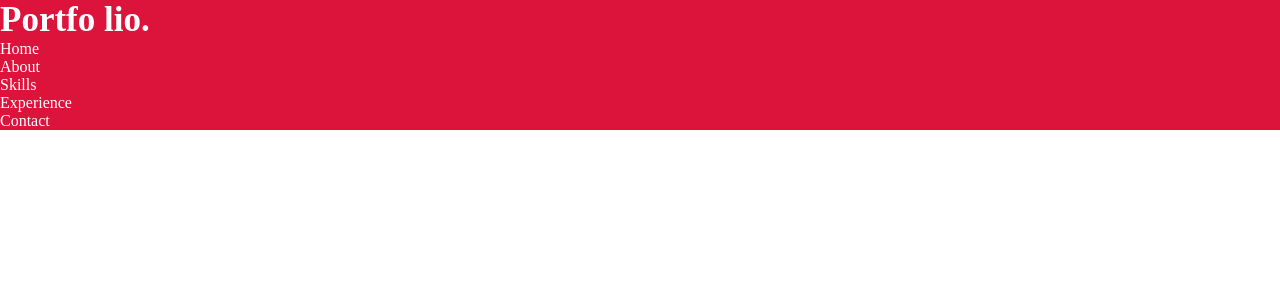
Repository: wyang08/wyang08.github.io
Page: index.html
An editor plug-in stored every save of this project. The page is shown before and after the next save, followed by the edit.
The browser window is 1280 px wide. The pictures show the whole page.

Above is the page before, as saved 2021-07-02 14:26:10.

### index.html
<!DOCTYPE html>
<html lang="en">
<head>
    <meta charset="UTF-8">
    <meta name="viewport" content="width=divice-width, initial-scale=1.0">
    <title>Personal Porfolio Website</title>
    <link rel="stylesheet" href="style.css">
    <script src="https://kit.fontawesome.cm/a076d05399.js"></script>
</head>

<body>
    <nav class="navbar">
        <div class="max-width">
            <div class="logo">
                <a href="#">
                    Portfo
                    <span>
                        lio.
                    </span>
                </a>
            </div>
        </div>

        <ul class="menu">
            <li><a href="#">Home</a></li>
            <li><a href="#">About</a></li>
            <li><a href="#">Skills</a></li>
            <li><a href="#">Experience</a></li>
            <li><a href="#">Contact</a></li>
        </ul>
    </nav>
</body>


</html>

### style.css
@import url('https://fonts.googleapis.com/css2?family=Poppins:wght@400;500;600;700&family=Ubuntu:wght@400;500;700&display=swap');

*{
    margin: 0;
    padding: 0;
    box-sizing: border-box;
    text-decoration: none;

}

/* navbar styling */
.navbar{
    position: fixed;
    width: 100%;
    background: crimson;
}

.navbar .menu li a{
    color: white;
}

.navbar .logo a{
    color: white;
    font-size: 35px;
    font-weight: 600;
}

After the next save:
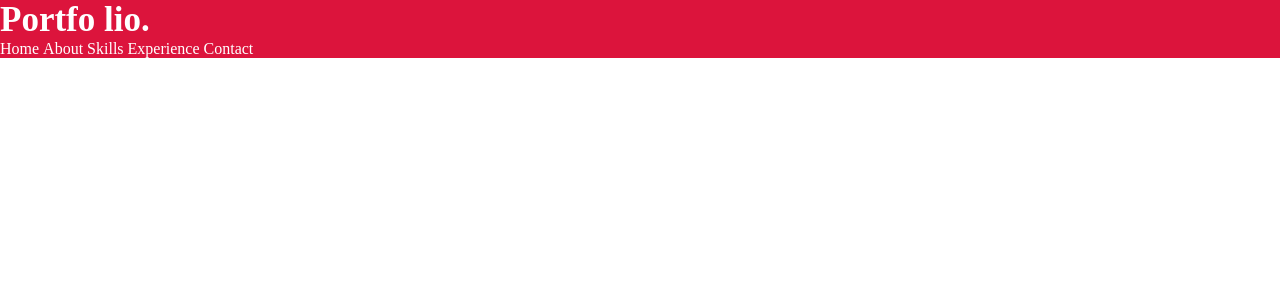
Saved 69 s later.
--- a/style.css
+++ b/style.css
@@ -19,8 +19,14 @@
     color: white;
 }
 
+/* 标题大小 */
 .navbar .logo a{
     color: white;
     font-size: 35px;
     font-weight: 600;
 }
+
+.navbar .menu li{
+    list-style-type: none;
+    display: inline-block;
+}
